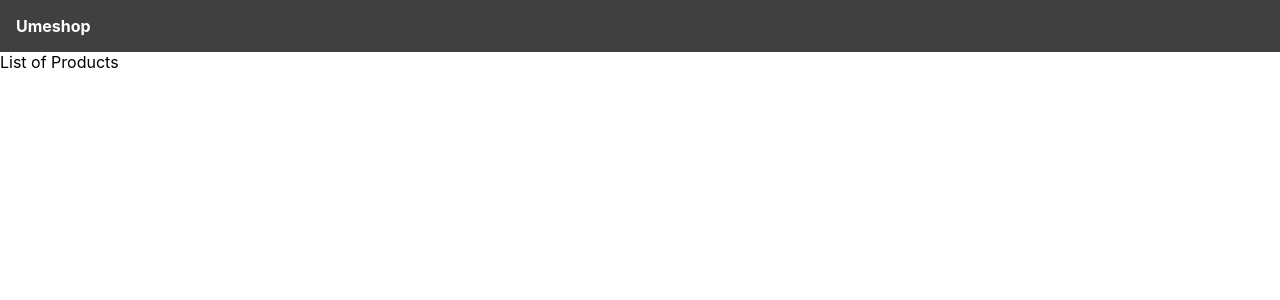
Repository: NovaX23/umeshop-new
Page: / (app in frontend/)
The author's editor kept a copy of each file at every save. The page is drawn from the files as they stood at one save, then again after the next save.
The browser window is 1280 px wide. The pictures show the whole page.
The project was rebuilt for these pictures with package versions that can differ from the ones it lists, and the page was loaded fresh each time.

Above is the page before, as saved 2023-07-01 00:55:38.

### frontend/src/index.css
body {
  margin: 0;
  font-family: -apple-system, BlinkMacSystemFont, 'Segoe UI', 'Roboto', 'Oxygen',
    'Ubuntu', 'Cantarell', 'Fira Sans', 'Droid Sans', 'Helvetica Neue',
    sans-serif;
  -webkit-font-smoothing: antialiased;
  -moz-osx-font-smoothing: grayscale;
}

code {
  font-family: source-code-pro, Menlo, Monaco, Consolas, 'Courier New',
    monospace;
}

header {
  background-color: #404040;
  padding: 1rem;
}

header a {
  color: #ffffff;
  font-weight: bold;
  text-decoration: none;

}

### frontend/src/App.js


function App () {
  return (
    <div >
      <header>
        <a href="/">Umeshop</a>
      </header>
      <main>
        List of Products
      </main>
    </div>
  );
}

export default App;

### frontend/src/data.js

const data = {
    products: [
        {
            // _id: "1",
            name: "Giant Rincon Mountain Bicycle",
            slug: "giant-rincon-mountain-bicycle",
            category: "Bicycle",
            image: "/images/p1.jpg",
            price: 100,
            countInStock: 10,
            brand: "Giant",
            rating: 4.5,
            numReviews: 5,
            description: "high quality bicycle",
        },
        {
            // _id: "2",
            name: "Specialized Pitch 650B Bicycle",
            slug: "specialized-pitch-650b-bicycle",
            category: "Bicycle",
            image: "/images/p2.jpg",
            price: 259,
            countInStock: 20,
            brand: "Specialized",
            rating: 3.7,
            numReviews: 55,
            description: "high quality bicycle",
        },
        {
            // _id: "3",
            name: "Xiaomi M365 PRO Electric Scooter",
            slug: "xiaomi-m365-pro-electric-scooter",
            category: "Scooter",
            image: "/images/p3.jpg",
            price: 200,
            countInStock: 5,
            brand: "Xiaomi",
            rating: 4.5,
            numReviews: 15,
            description: "high quality scooter",
        },
        {
            // _id: "4",
            name: "Xiaomi Mitu Rabbit Scooter",
            slug: "xiaomi-mitu-rabbit-scooter",
            category: "Scooter",
            image: "/images/p4.jpg",
            price: 100,
            countInStock: 10,
            brand: "Xiaomi",
            rating: 4.2,
            numReviews: 25,
            description: "high quality scooter",
        },
        {
            // _id: "5",
            name: "Nokia Mitu Rabbit Scooter",
            slug: "xiaomi-mitu-rabbit-scooter",
            category: "Scooter",
            image: "/images/p4.jpg",
            price: 100,
            countInStock: 10,
            brand: "Xiaomi",
            rating: 4,
            numReviews: 25,
            description: "high quality scooter",
        },
        {
            // _id: "6",
            name: "Samsung Rabbit Scooter",
            slug: "xiaomi-mitu-rabbit-scooter",
            category: "Scooter",
            image: "/images/p4.jpg",
            price: 100,
            countInStock: 10,
            brand: "Xiaomi",
            rating: 2,
            numReviews: 25,
            description: "high quality scooter",
        },
    ]
}

export default data;

Loaded but not shown: frontend/public/index.html (common file); frontend/src/index.js (common file); frontend/src/reportWebVitals.js (common file)

After the next save:
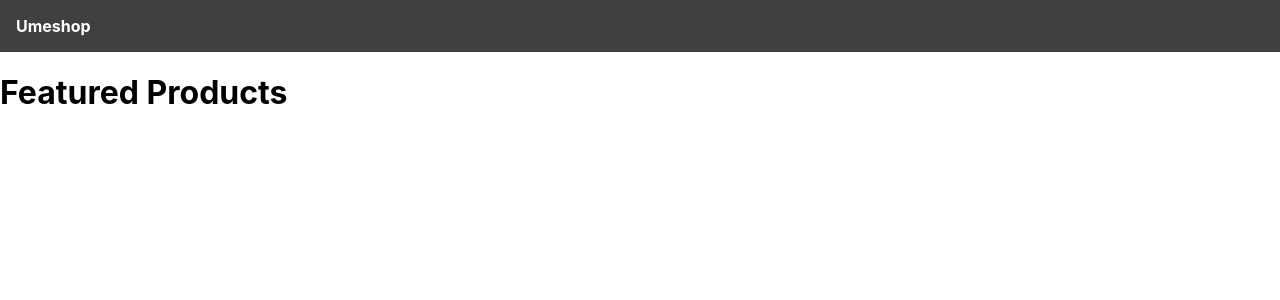
Saved 60 s later.
--- a/frontend/src/App.js
+++ b/frontend/src/App.js
@@ -1,3 +1,4 @@
+import data from "./data";
 
 
 function App () {
@@ -7,7 +8,8 @@
         <a href="/">Umeshop</a>
       </header>
       <main>
-        List of Products
+        <h1>Featured Products</h1>
+        {data.products.name}
       </main>
     </div>
   );
